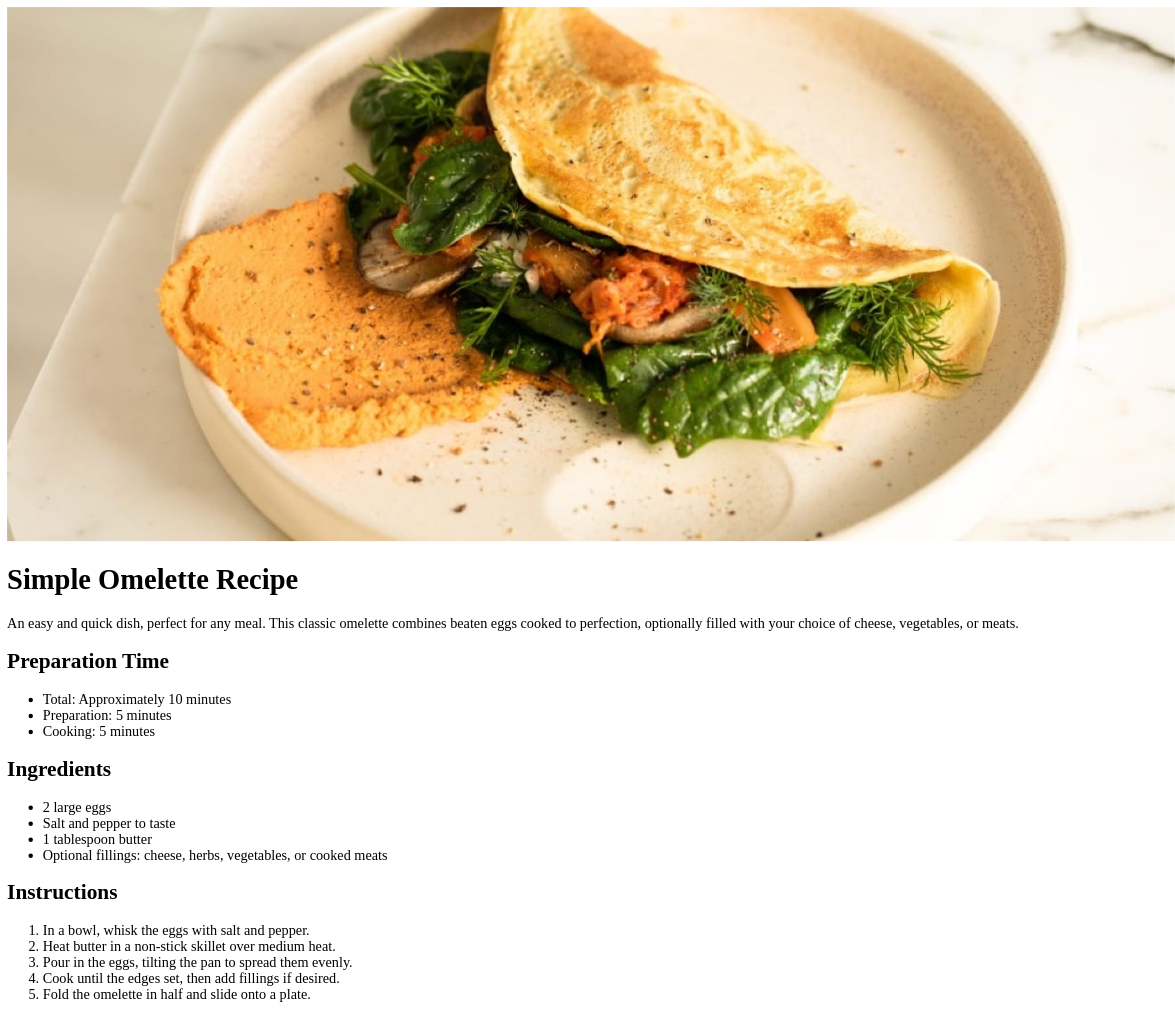
Repository: akbasliogulcan/omletterecipe
Page: index.html
The author's editor kept a copy of each file at every save. The page is drawn from the files as they stood at one save, then again after the next save.
The browser window is 1280 px wide. The page is 1320 px wide, so the pictures cover 1320 px, including what lies to the right of the window. The pictures show the whole page, at 89% of full size.

Above is the page before, as saved 2025-07-20 17:16:53.

### index.html
<!DOCTYPE html>
<html lang="en">

<head>
  <meta charset="UTF-8">
  <meta name="viewport" content="width=device-width, initial-scale=1.0">
  <title>simple omelette recipe</title>
  <link rel="stylesheet" href="style.css">
</head>

<body>

  <div class="simple">
    <img src="./assets/images/image-omelette.jpeg" alt="omlette-icon">
    <h1> Simple Omelette Recipe</h1>
    <p>An easy and quick dish, perfect for any meal. This classic omelette combines beaten eggs cooked
      to perfection, optionally filled with your choice of cheese, vegetables, or meats.
    </p>

    <div class="preparation">
      <h2>Preparation Time</h2>
      <ul>
        <li> <span>Total: </span>Approximately 10 minutes
        </li>
        <li> <span>Preparation: </span>5 minutes</li>
        <li> <span>Cooking: </span>5 minutes</li>

      </ul>
    </div>

    <div class="ingredients">
      <h2>Ingredients</h2>
      <ul>
        <li>2 large eggs</li>
        <li>Salt and pepper to taste</li>
        <li>1 tablespoon butter</li>
        <li>Optional fillings: cheese, herbs, vegetables, or cooked meats</li>
      </ul>
    </div>

    <div class="instructions">
      <h2>Instructions</h2>
      <ol>
        <li>In a bowl, whisk the eggs with salt and pepper.</li>
        <li>Heat butter in a non-stick skillet over medium heat.</li>
        <li>Pour in the eggs, tilting the pan to spread them evenly.</li>
        <li>Cook until the edges set, then add fillings if desired.</li>
        <li>Fold the omelette in half and slide onto a plate.</li>
      </ol>
    </div>

  </div>



</body>

</html>

Loaded but not shown: style.css (no stored copy; drawn as an empty file)

After the next save:
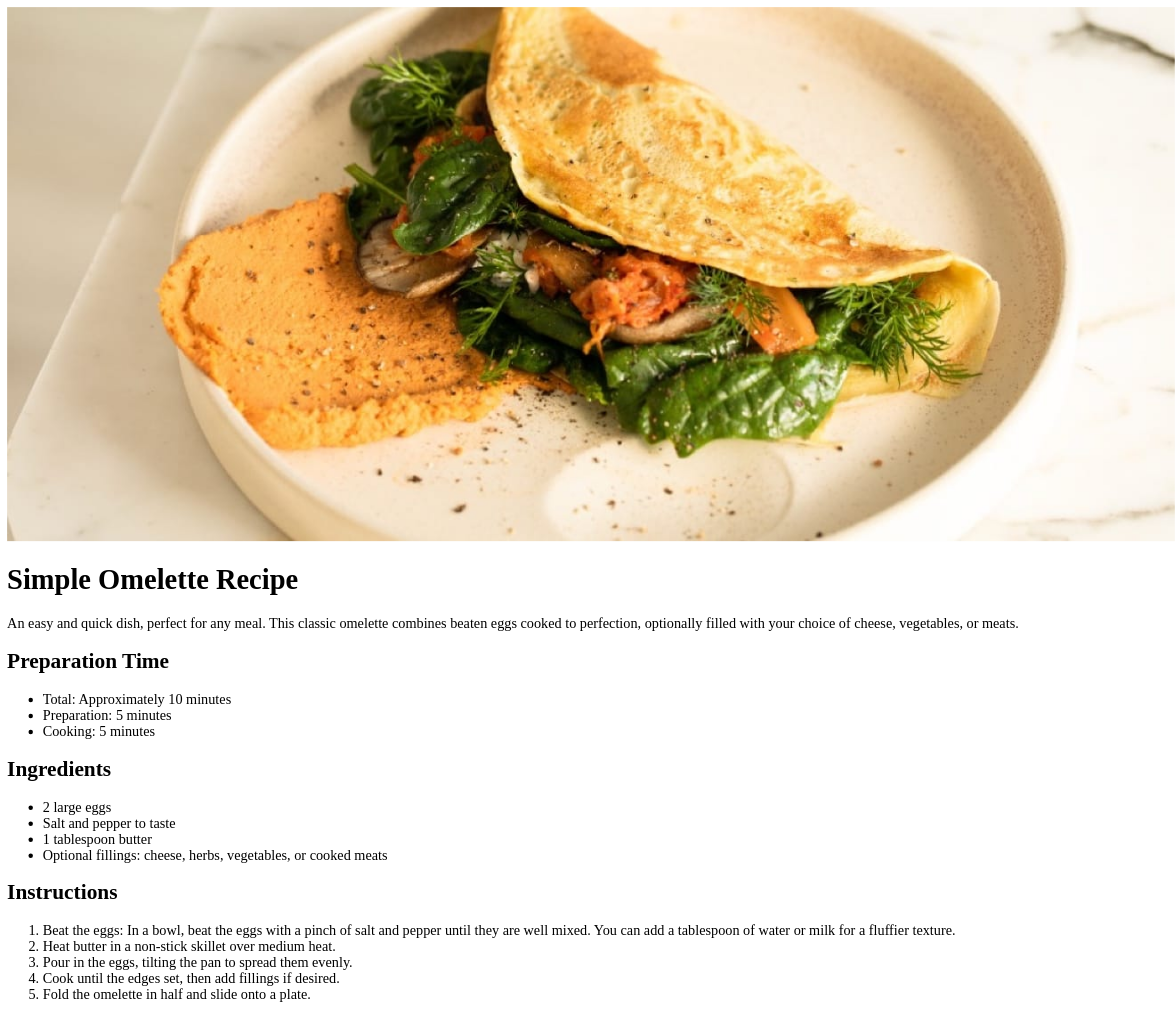
Saved 24 s later.
--- a/index.html
+++ b/index.html
@@ -41,7 +41,8 @@
     <div class="instructions">
       <h2>Instructions</h2>
       <ol>
-        <li>In a bowl, whisk the eggs with salt and pepper.</li>
+        <li>Beat the eggs: In a bowl, beat the eggs with a pinch of salt and pepper until they are well mixed.
+          You can add a tablespoon of water or milk for a fluffier texture.</li>
         <li>Heat butter in a non-stick skillet over medium heat.</li>
         <li>Pour in the eggs, tilting the pan to spread them evenly.</li>
         <li>Cook until the edges set, then add fillings if desired.</li>
